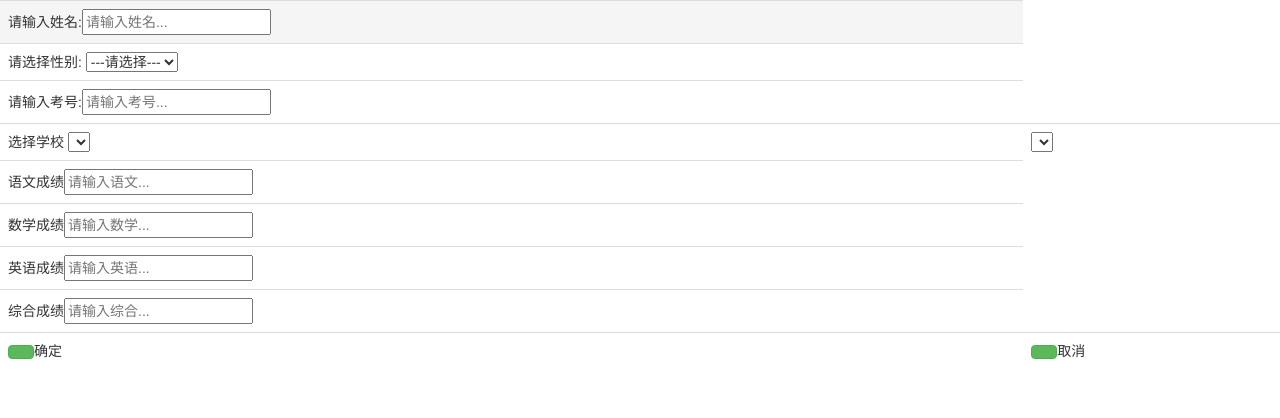
Repository: HelloChuang/HelloChuang-EclipseWorkSpace
Page: http://localhost/SpringMVCFight/stu_add.jsp
The author's editor kept a copy of each file at every save. The page is drawn from the files as they stood at one save, then again after the next save.
The browser window is 1280 px wide. The pictures show the whole page.
The page is served by Tomcat 9. Nobody is signed in. The application's start-up code is not run.

Above is the page before, as saved 2018-11-05 11:56:50.

After the next save:
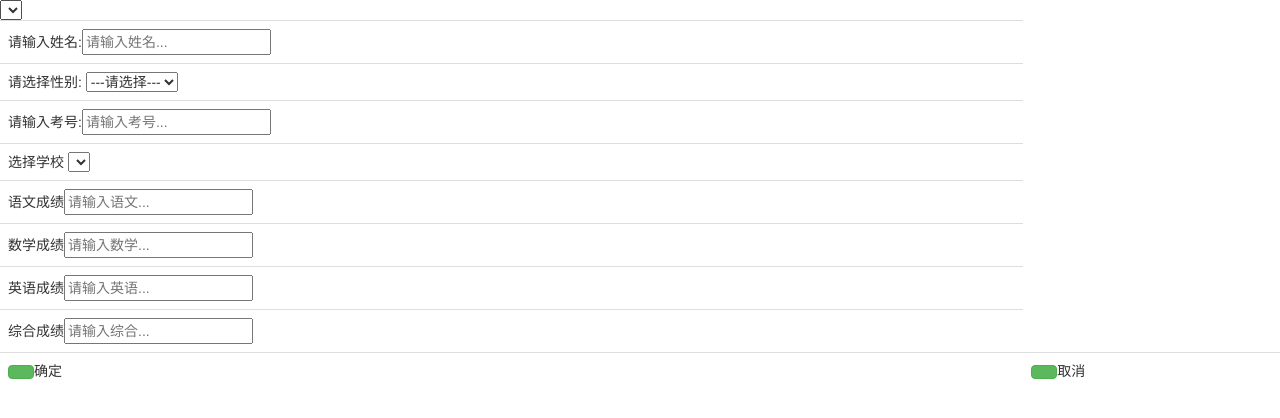
Saved 46 s later.
--- a/EclipseWorkSpace/SpringMVCFight/src/main/webapp/stu_add.jsp
+++ b/EclipseWorkSpace/SpringMVCFight/src/main/webapp/stu_add.jsp
@@ -36,10 +36,10 @@
 				</select>
 				</td>
 
-				<td>
+
 				<select name="scname">
 				</select>
-				</td>
+
 
 				</tr>
 
